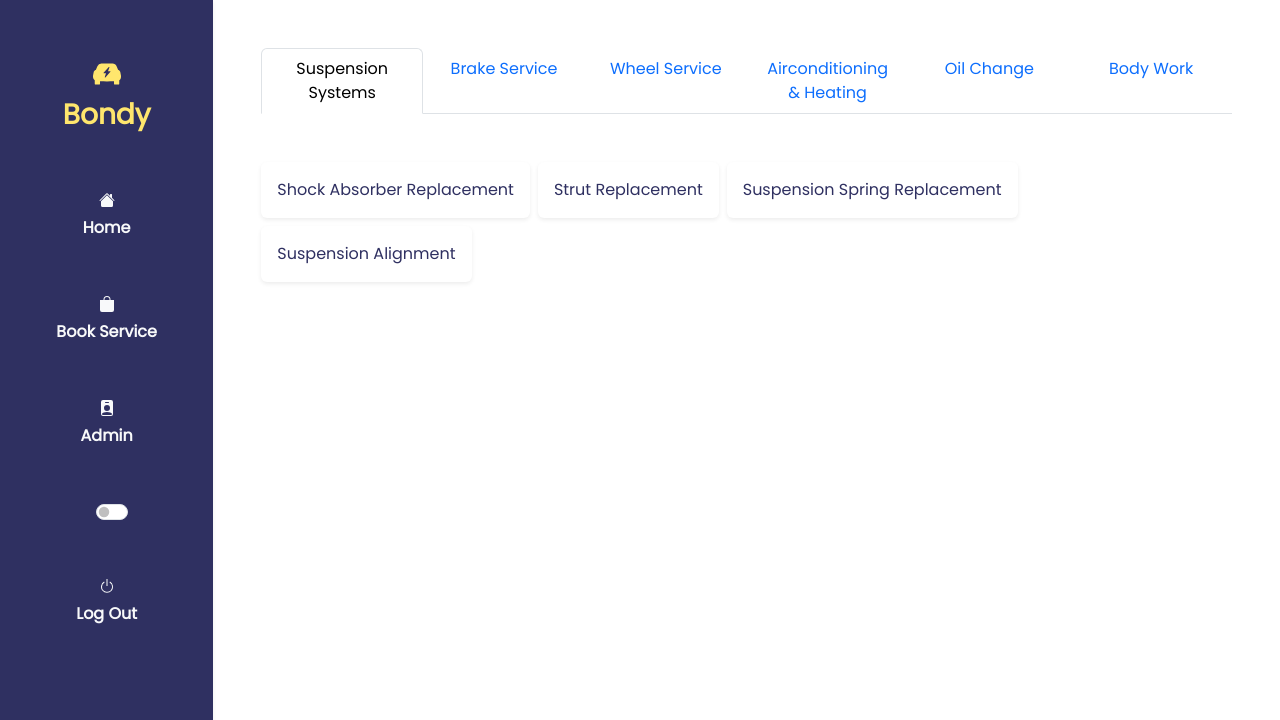
Repository: duzzisantos/bondy
Page: /book-service
These files come from the project's save history. The page is drawn as it stood at one moment and after the next save; the edit follows.
The browser window is 1280 px wide. The pictures show the whole page.
Some web libraries are served in a nearby version. The project was rebuilt for these pictures with package versions that can differ from the ones it lists, and the page was loaded fresh each time. Also part of the build but not shown: src/components/Home/LandingPage.scss, src/components/Home/LandingPageScrollContainer.tsx, src/components/Home/TrendingServices.tsx, src/views/LandingPage.tsx, src/components/Services/ServiceTemplate.tsx, src/views/Services.tsx.

Above is the page before, as saved 2023-06-25 16:00:56.

After the next save:
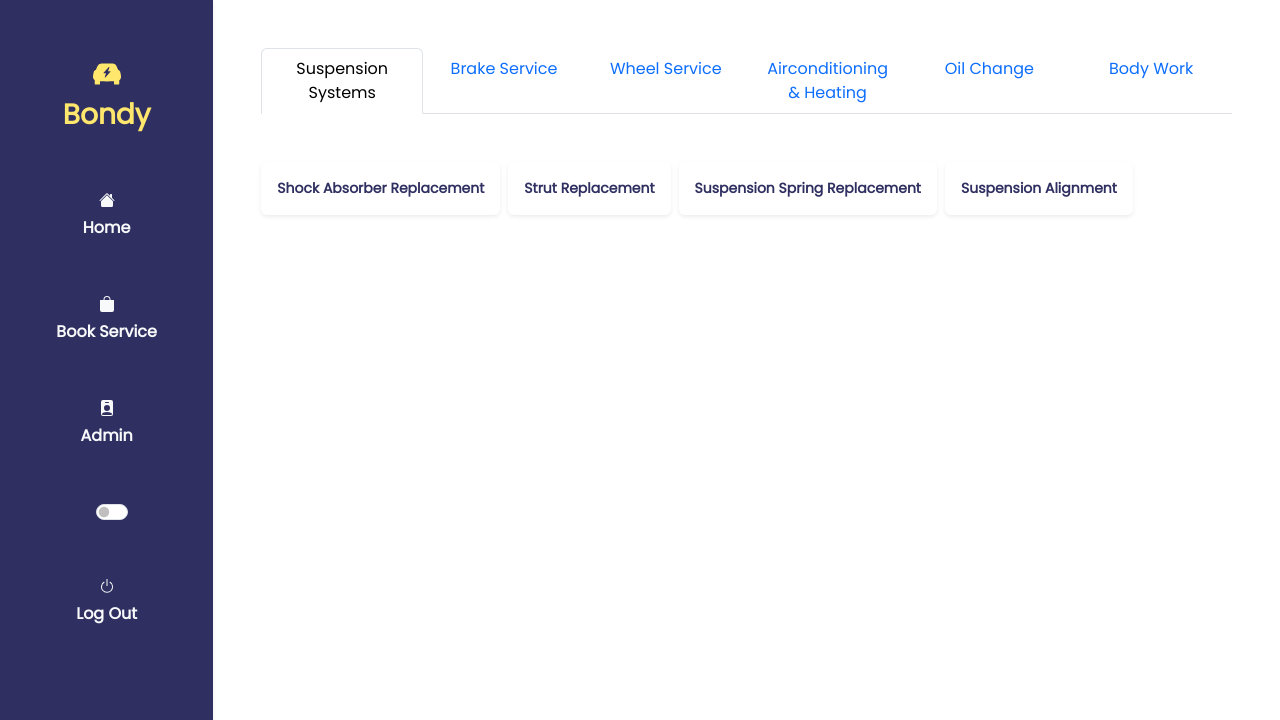
Saved 26 s later.
--- a/src/views/BookService.tsx
+++ b/src/views/BookService.tsx
@@ -15,7 +15,9 @@ const BookService: FunctionComponent = () => {
             <div className="d-flex flex-row flex-wrap hstack gap-2">
               {Object.values(element.images).map((item) => (
                 <Card className="p-3 border-0 shadow-sm custom-color">
-                  {item.serviceName}
+                  <small>
+                    <strong>{item.serviceName}</strong>
+                  </small>
                 </Card>
               ))}
             </div>
